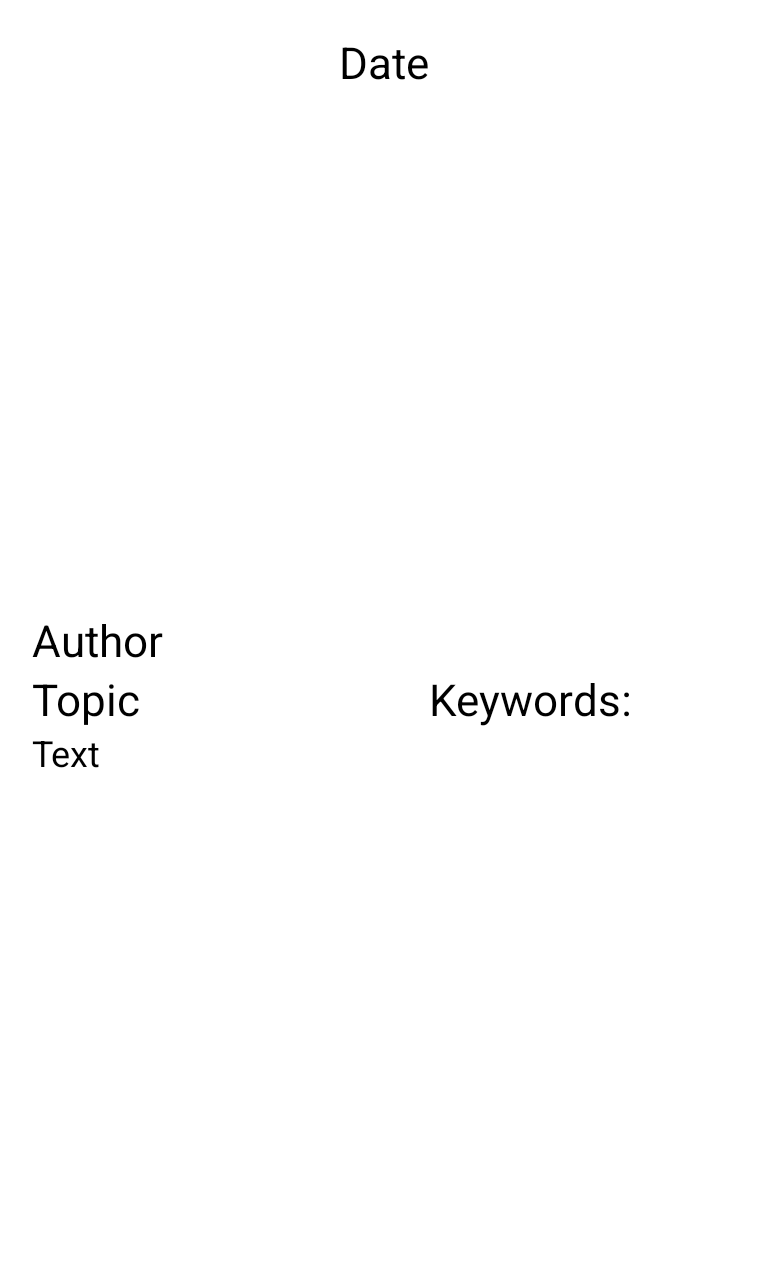
Repository: marvhew/JSON
Layout: JSON/res/layout/activity_post.xml
These files come from the project's save history. The layout is drawn as it stood at one moment and after the next save; the edit follows.
It is drawn on a 768 x 1280 px phone screen (xhdpi) without system bars, with theme AppTheme; the app's code is not run. Lists and similar views that code fills are empty.

Above is the layout before, as saved 2015-02-02 08:45:45.

After the next save:
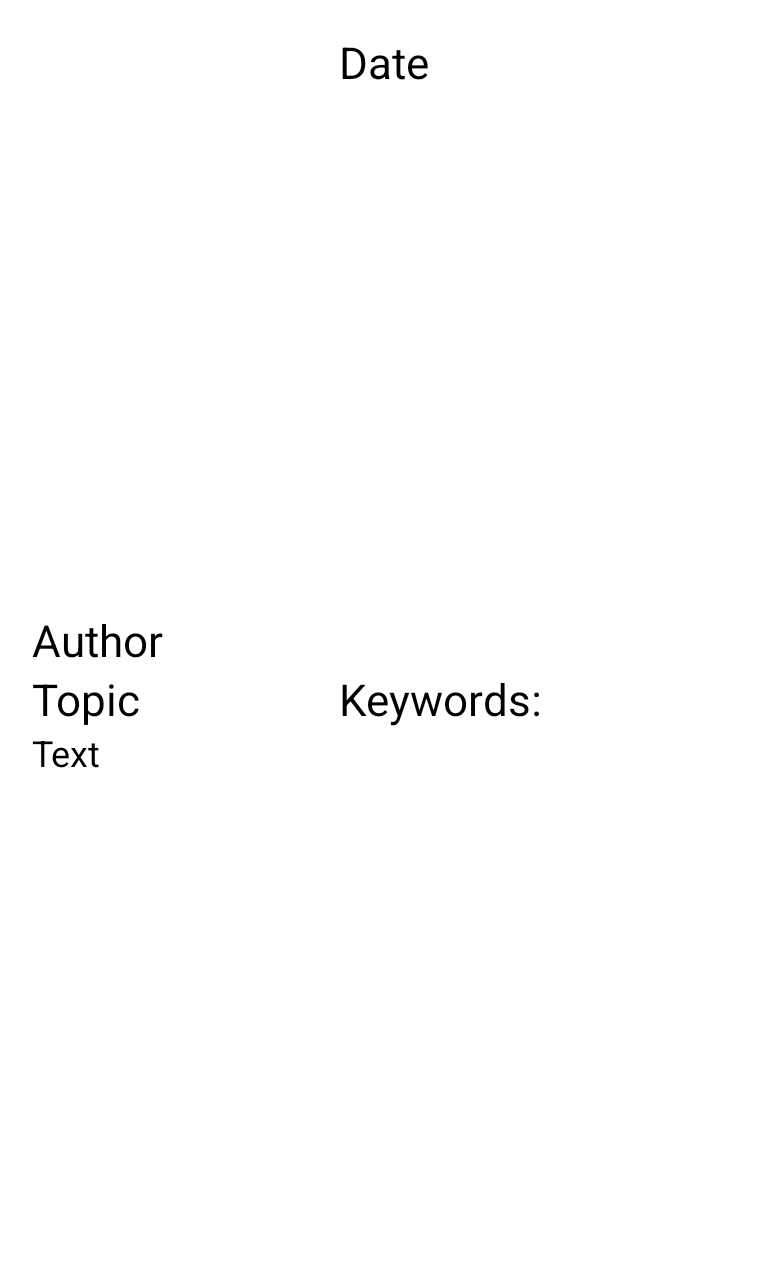
Saved 56 s later.
--- a/JSON/res/layout/activity_post.xml
+++ b/JSON/res/layout/activity_post.xml
@@ -69,8 +69,8 @@
         android:layout_width="wrap_content"
         android:layout_height="wrap_content"
         android:layout_above="@+id/List_Keywords"
-        android:layout_alignLeft="@+id/List_Keywords"
         android:layout_alignRight="@+id/List_Keywords"
+        android:layout_toRightOf="@+id/Txt_Topic"
         android:text="Keywords:"
         android:textAppearance="?android:attr/textAppearanceLarge" />
 
